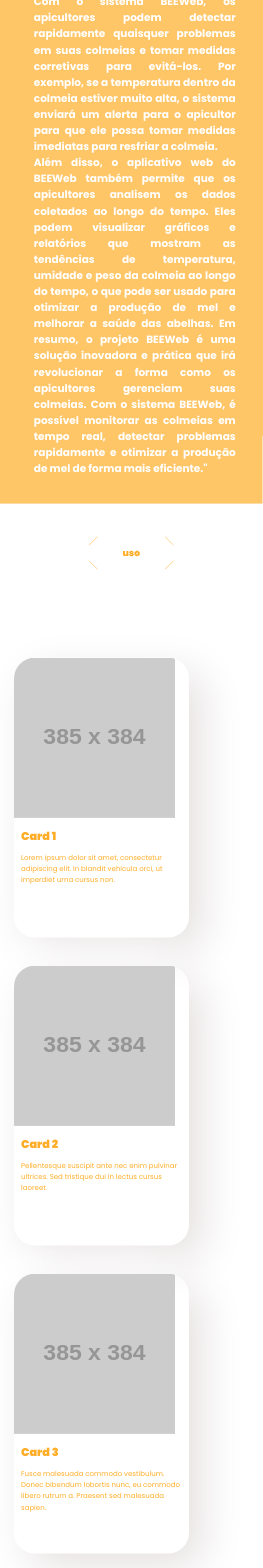
Repository: CCG-web/beeweb
Page: /
An editor plug-in stored every save of this project. The page is shown before and after the next save, followed by the edit.
The browser window is 375 px wide. The pictures show the part of the page from y = 1918 to 4158 px (the page is 4158 px tall), at 70% of full size.
The project was rebuilt for these pictures with package versions that can differ from the ones it lists, and the page was loaded fresh each time.

Above is the page before, as saved 2023-05-05 12:41:57.

### public/index.html
<!DOCTYPE html>
<html lang="en">
  <head>
    <meta charset="utf-8" />
    <link rel="icon" href="%PUBLIC_URL%/favicon.ico" />
    <meta name="viewport" content="width=device-width, initial-scale=1" />
    <meta name="theme-color" content="#000000" />
    <meta
      name="description"
      content="Web site created using create-react-app"
    />
    <link rel="preconnect" href="https://fonts.googleapis.com">
<link rel="preconnect" href="https://fonts.gstatic.com" crossorigin>
<link href="https://fonts.googleapis.com/css2?family=Poppins:ital,wght@0,100;0,200;0,300;0,400;0,500;0,600;0,700;0,800;0,900;1,100;1,200;1,300;1,400;1,500;1,600;1,700;1,800;1,900&display=swap" rel="stylesheet">
    <link rel="apple-touch-icon" href="%PUBLIC_URL%/logo192.png" />
    <!--
      manifest.json provides metadata used when your web app is installed on a
      user's mobile device or desktop. See https://developers.google.com/web/fundamentals/web-app-manifest/
    -->
    <link rel="manifest" href="%PUBLIC_URL%/manifest.json" />
    <!--
      Notice the use of %PUBLIC_URL% in the tags above.
      It will be replaced with the URL of the `public` folder during the build.
      Only files inside the `public` folder can be referenced from the HTML.

      Unlike "/favicon.ico" or "favicon.ico", "%PUBLIC_URL%/favicon.ico" will
      work correctly both with client-side routing and a non-root public URL.
      Learn how to configure a non-root public URL by running `npm run build`.
    -->
    <title>BeeWeb</title>
  </head>
  <body>
    <noscript>You need to enable JavaScript to run this app.</noscript>
    <div id="root"></div>
    <!--
      This HTML file is a template.
      If you open it directly in the browser, you will see an empty page.

      You can add webfonts, meta tags, or analytics to this file.
      The build step will place the bundled scripts into the <body> tag.

      To begin the development, run `npm start` or `yarn start`.
      To create a production bundle, use `npm run build` or `yarn build`.
    -->
  </body>
</html>

### src/index.css
*{
   margin: 0;
   padding: 0;
   box-sizing: border-box;
}

### src/App.js
import Navbar from "./components/Navbar";
import Home from "./components/Home.jsx"
import Sobre from "./components/Sobre";
import Cards from "./components/Cards";
import './App.css'
import uso from "./assets/uso.svg"
function App() {
  return (
    <div>
      <Navbar/>
    <Home/>
    <Sobre/>
    <div className="uso">

       <img  className="imgUso" src={uso} alt="" />
                </div>



    <div className='cardContainer'>





    <Cards
        image="https://via.placeholder.com/385x384.png?text=Image+1"
        alt="Image 1"
        title="Card 1"
        description="Lorem ipsum dolor sit amet, consectetur adipiscing elit. In blandit vehicula orci, ut imperdiet urna cursus non."
        />
      <Cards
        image="https://via.placeholder.com/385x384.png?text=Image+2"
        alt="Image 2"
        title="Card 2"
        description="Pellentesque suscipit ante nec enim pulvinar ultrices. Sed tristique dui in lectus cursus laoreet. "
        />
      <Cards
        image="https://via.placeholder.com/385x384.png?text=Image+3"
        alt="Image 3"
        title="Card 3"
        description="Fusce malesuada commodo vestibulum. Donec bibendum lobortis nunc, eu commodo libero rutrum a. Praesent sed malesuada sapien."
        />
  </div>

       </div>





  );
}

export default App;

### src/components/Navbar.jsx

import React, { useState, useEffect } from 'react'
import logoBee from "../assets/logoBEE.svg"
import { Divide as Hamburger } from 'hamburger-react'
import './Navbar.css'
const Navbar = () => {
  const [toggleMenu, setToggleMenu] = useState(false)
  const [screenWidth, setScreenWidth] = useState(window.innerWidth)

  const toggleNav = () => {

    setToggleMenu(!toggleMenu)
  }
  useEffect(() => {

    const changeWidth = () => {
      setScreenWidth(window.innerWidth);
    }

    window.addEventListener('resize', changeWidth)
    return () => {
      window.removeEventListener('resize', changeWidth)
    }
  }, [])

  return (



    <nav>

      {(toggleMenu || screenWidth > 1000) && (
        <ul className="list">


          <li className="items">Home</li>
          <li className="items">Sobre nós</li>
          <li className="items">Uso</li>
          <li className="items">Contato</li>

        </ul>
      )

      }


       <img className="logo" src={logoBee} alt="" / >

      <button onClick={toggleNav} className='btn'><Hamburger/></button>
    </nav>

  )
}

export default Navbar

### src/components/Home.jsx


import './Home.css'
const Home = () => {
    return (
        <section className='containerHome'>
            <div >

                <h1>BeeWeb</h1>

                <p>BEEWeb é um projeto inovador que tem como objetivo ajudar os apicultores <br/> a monitorar
                    suas colmeias de abelhas de forma mais eficiente.  </p>

                <button className='btnProjeto'>Projeto</button>
            </div>
        </section>
    )
}

export default Home

### src/components/Sobre.jsx
import React from 'react'

import './Sobre.css'

const Sobre = () => {
    return (
        <section className='ContainerSobre'  >
            <div className='itens'>

                <div className='texto first'>

                <h1>Sobre nós</h1>

                    <p>BEEWeb é um projeto inovador que tem como objetivo ajudar os apicultores a monitorar suas colmeias de abelhas de forma mais eficiente. Desenvolvido por Bolsistas/alunos com auxílio de professores do IFCE, em uma parceria com o Centro de Inovação e Difusão de Tecnologias para o Semiárido (CIDTS). O projeto BEEWeb utiliza uma combinação de dispositivos eletrônicos e tecnologia web para fornecer informações valiosas sobre as colmeias. <br />

                        O sistema BEEWeb é composto por dois principais componentes: sensores e um sistema web. Os sensores são instalados dentro e fora das colmeias para capturar dados em tempo real, como temperatura, umidade e peso das colmeias. Esses dados são então transmitidos para o sistema web, que permite que os apicultores monitorem e analisem as informações em tempo real.
                    </p>
                </div>

            </div>
            <div className='itens two' >
                <div className='texto secord' >
                <h1>Ainda</h1>

                    <p>Com o sistema BEEWeb, os apicultores podem detectar rapidamente quaisquer problemas em suas colmeias e tomar medidas corretivas para evitá-los. Por exemplo, se a temperatura dentro da colmeia estiver muito alta, o sistema enviará um alerta para o apicultor para que ele possa tomar medidas imediatas para resfriar a colmeia. <br />

                        Além disso, o aplicativo web do BEEWeb também permite que os apicultores analisem os dados coletados ao longo do tempo. Eles podem visualizar gráficos e relatórios que mostram as tendências de temperatura, umidade e peso da colmeia ao longo do tempo, o que pode ser usado para otimizar a produção de mel e melhorar a saúde das abelhas.

                        Em resumo, o projeto BEEWeb é uma solução inovadora e prática que irá revolucionar a forma como os apicultores gerenciam suas colmeias. Com o sistema BEEWeb, é possível monitorar as colmeias em tempo real, detectar problemas rapidamente e otimizar a produção de mel de forma mais eficiente."
                    </p>
                </div>
            </div>

        </section>




    )
}

export default Sobre

### src/components/Cards.jsx
import React from 'react'
import './Cards.css'
function Cards(props) {
    return (

<div>

   <div className="card">
        <img src={props.image} alt={props.alt} />
        <div className="card-content">
          <h3>{props.title}</h3>
          <p className='description'>{props.description}</p>
        </div>
      </div>


      </div>



    );
  }

export default Cards

### src/App.css
.uso{
    display: flex;
    justify-content: center;
    width: 100%;
    height: 200px;
}

.imgUso{
    margin: 40px;
    width: 321px;
    height: 122px;
}
.cardContainer {
    height: 100vh;
    display: flex;
    justify-content: center;

}

@media screen and (max-width: 567px) {
    .cardContainer {
        display: block;
        justify-content: center;
        margin-left: auto;
        padding: auto;
    }

    .card {
        width: 300px;
        height: 400px;

    }

}

@media screen and (max-width: 430px) {


.imgUso{
    margin: 40px;
    width: 120.5px;
    height: 61px;
}


    .card {
        width: 250px;
        height: 400px;


    }


}


@media screen and (max-width: 300px) {
    .card {
    margin-left: 5%;
    }
}

### src/components/Navbar.css
nav {
    font-family: 'Poppins', sans-serif;
    font-size: 20px;
    font-weight: 300;

    position: relative;
    top: 0;
    width: 100%;
    height: 200px;
    background-color: #ffad26;
    color: white;
}


.logo{
    position: absolute;
    left: 10px;
    top: -10px;
    width: 386px;
    height: 233px;

}
.list {
    list-style-type: none;
    background: #ffad26;
    height: 100%;
    display: flex;
    justify-content:flex-end;
    align-items: center;
    position: relative;
}

.items {
    margin-right: 75px;
    font-size: 20px;
    color: white;
    cursor: pointer;
    transition: color 0.3s ease, transform 0.3s ease;
  }

  .items:hover {
    color: black;
    transform: translateX(-5px) rotate(-5deg);
  }

.items {
    margin-right: 75px;
    font-size: 20px;

    color: white;
    cursor: pointer;
}

.btn {
    border: none;
    display: none;
    position: absolute;
    background-color:#ffad26;
    right: 10px;
    top: 20px;
    padding: 5px;
    color: white;
    font-size: 20px;
}

@media screen and (max-width: 1000px) {
    .list {
        flex-direction: column;
        height: auto;
    }
    .logo{
        position: absolute;
        left: 10px;
        top:0px;
        width: 155.6px;
        height: 93.2px;

    }
    nav{
        height: 100px;
    }
    .items:nth-child(1) {

        margin-top: 100px;
    }

    .items {
        border-top: 1px solid rgb(255, 249, 249);
        width: 100%;
        text-align: center;
        margin-right: 0px;
        padding: 20px 0;
    }

    .btn {
        display: block;
    }
}

### src/components/Home.css
section {
    width: 100%;
    height: 50vh;
    margin-top: 200px;
    display: flex;
    justify-content: center;
    text-align: center;
}

h1 {
    font-family: 'Poppins', sans-serif;
    font-size: 96px;
    font-style: mixed;
    color: #4F4F4F;
}

p {
    font-family: 'Poppins', sans-serif;
    font-style: normal;
    font-size: 18px;
    color: #4F4F4F;
}

.btnProjeto {
    cursor: pointer;
    margin: 10px;
    font-size: 24px;
    background-color: #FFAD26;
    width: 280px;
    height: 86px;
    color: #FFFF;
    border: none;
    border-radius: 71px;
    transition: transform 0.4s ease-in-out, background-color 0.4s ease-in-out;
  }

  .btnProjeto:hover {
    background-color: #E76F00;
    transform: scale(1.05);
  }

  .btnProjeto:active {
    background-color: #FFC940;
    transform: scale(0.95);
  }



@media screen and (max-width: 1000px) {

    section {
        margin-top: 300px;
    }

    h1 {
        font-size: 48px;
    }



    .btnProjeto {
        width: 140px;
        height: 43px;
        font-size: 12px;
    }
}


@media screen and (max-width: 400px) {
    h1 {
        font-size: 30px;
    }
    p {
        font-size: 10px;
    }

    .btnProjeto {
        width: 90px;
        height: 41.5px;
    }

}

### src/components/Sobre.css
.ContainerSobre {
    justify-content: center;
    width: 100%;
    height: 850px;
    background-color: #FFC668;
    padding-left: 10px;


}

.itens>p {
    display: flex;
    text-align: right;
}

.texto>h1 {
    text-shadow: 0px 4px 20px rgba(0, 0, 0, 0.15);
    margin-top: 15px;
    color: white;
    font-size: 64px;
}

.texto {
    font-style: normal;
    font-weight: 700;
    margin: 5%;
    padding: 5%;
}

.first {
    text-align: left;
}

.secord {
    margin-top: 10%;
    text-align: right;


}


.texto>p {

    font-size: 18px;
    font-weight: bold;
    color: white;



}

.itens {
    width: 50%;
}

.ContainerSobre {
    background-size: auto;

}


@media screen and (max-width: 1000px) {
    .itens {
        width: 100%;
    }

    .ContainerSobre {
        background: none;
        background-color: #FFC668;
        display: flex;
        flex-direction: column;
        height: 100%;

    }

    .texto>h1 {
        text-align: center;
        font-size: 32px;
        margin: 10px;
    }

    .texto {
        text-align: justify;
        margin-top: 10px;
        padding: 20px;

        height: 100%
    }

    .texto>p {
        font-size: 15px;
    }
}

### src/components/Cards.css
.card {

  width: 300px;
  height: 504px;
  margin: 20px;
  border-radius: 30px;
  box-shadow:  20px 20px 60px #e6e1e1,
  -20px -20px 60px #ffffff;
  display: inline-block;
  vertical-align: top;
  overflow: hidden;
  position: relative;
  transition: transform 0.3s ease-in-out;


}

.card img {

  width: calc(100% - 20px);
  height: auto;
}

.card:hover {
  transform: scale(1.05);
  z-index: 1;
  box-shadow: 2px 2px 10px rgba(0, 0, 0, 0.5);
}

h3 {
  margin: 10px;
  font-family: 'Poppins', sans-serif;
  font-style: normal;
  font-weight: 900;
  font-size: 16px;

  color: #FFAD26;
}
.description{
  margin: 10px;
  color: #FFAD26;
}
.card:hover:after {
  content: "";
  display: block;
  position: absolute;
  top: 0;
  left: 0;
  width: 100%;
  height: 100%;
  z-index: -1;
}

Loaded but not shown: src/index.js (common file)

After the next save:
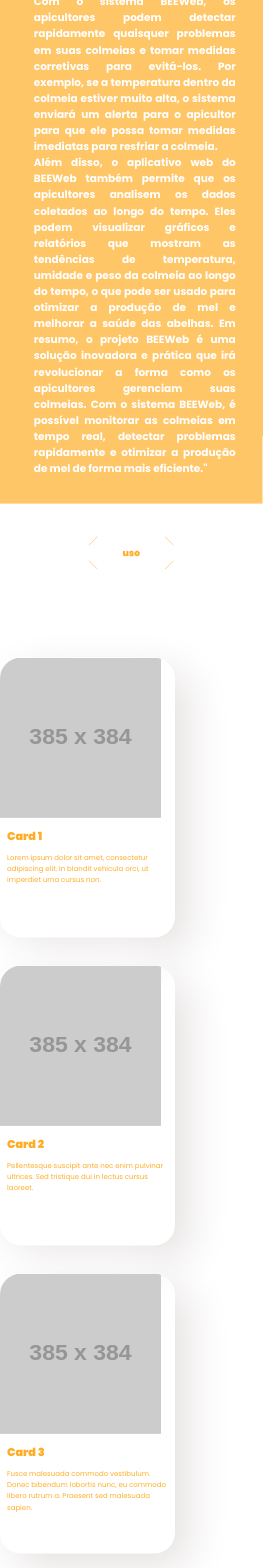
Saved 2 min 12 s later.
--- a/src/App.css
+++ b/src/App.css
@@ -21,13 +21,14 @@
     .cardContainer {
         display: block;
         justify-content: center;
-        margin-left: auto;
-        padding: auto;
+
     }
 
     .card {
         width: 300px;
         height: 400px;
+        margin-left: auto;
+        padding: auto;
 
     }
 

After the save that followed:
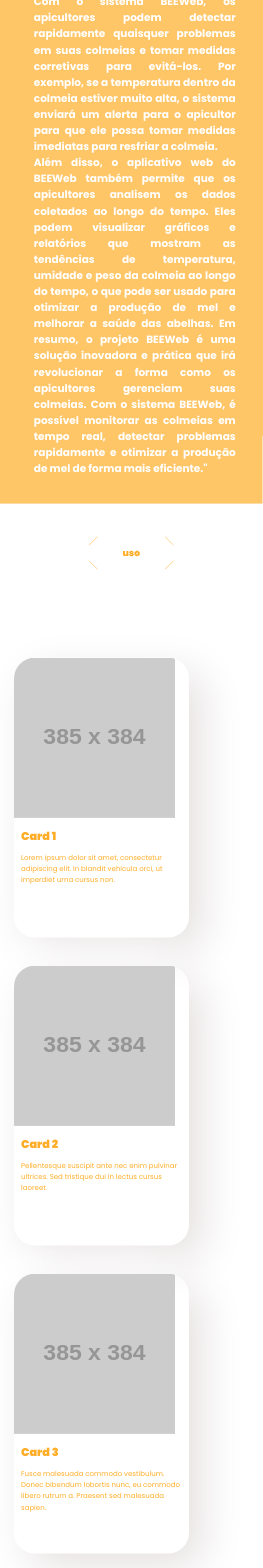
Saved 46 s later.
--- a/src/App.css
+++ b/src/App.css
@@ -27,8 +27,7 @@
     .card {
         width: 300px;
         height: 400px;
-        margin-left: auto;
-        padding: auto;
+
 
     }
 
